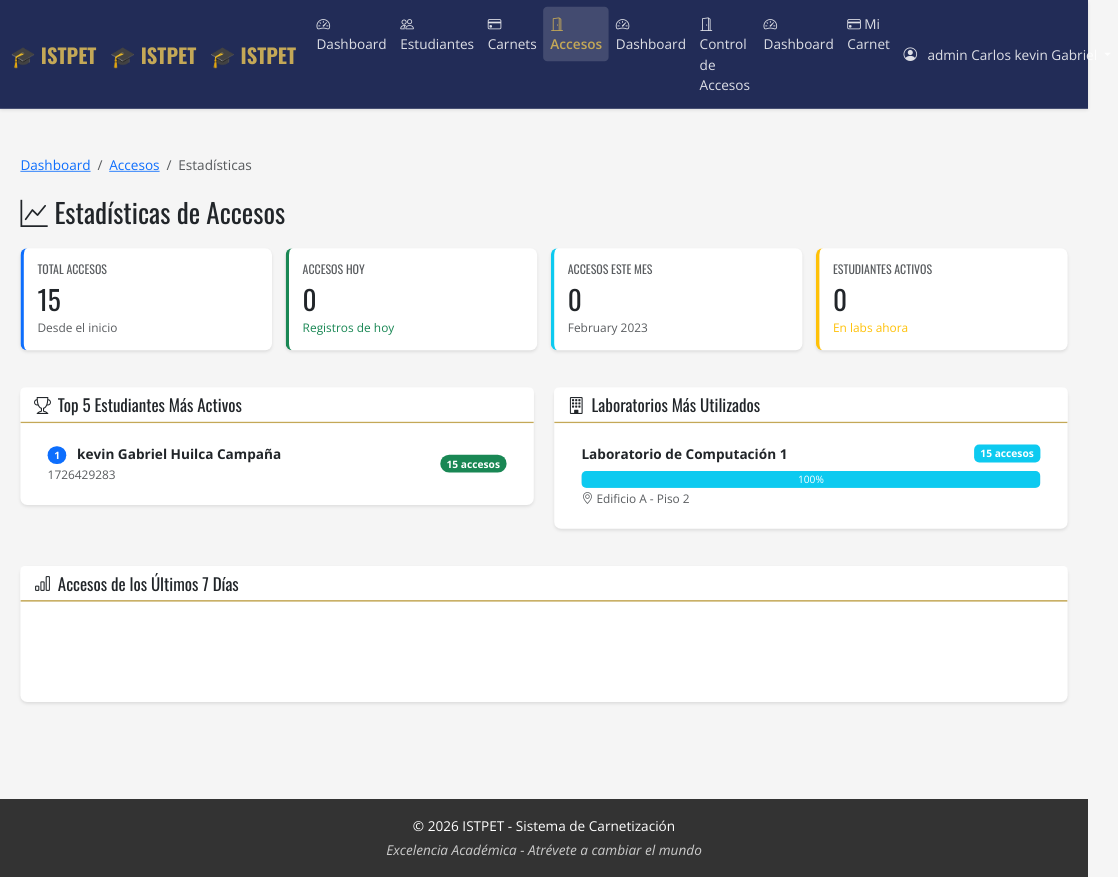
Repository: Inforney/sistema-carnetizacion-istpet
Page: http://localhost/admin/accesos/estadisticas
The author's editor kept a copy of each file at every save. The page is drawn from the files as they stood at one save, then again after the next save.
The browser window is 1280 px wide. The page is 1315 px wide, so the pictures cover 1315 px, including what lies to the right of the window. The pictures show the whole page, at 85% of full size.
The page is served by the project's Laravel application, run on PHP 8.4 with Laravel 10. The first stored user is signed in. The database holds what the project's SQL file puts in it.

Above is the page before, as saved 2026-01-15 20:49:18.
Console error: SyntaxError: Unexpected token '}'

After the next save:
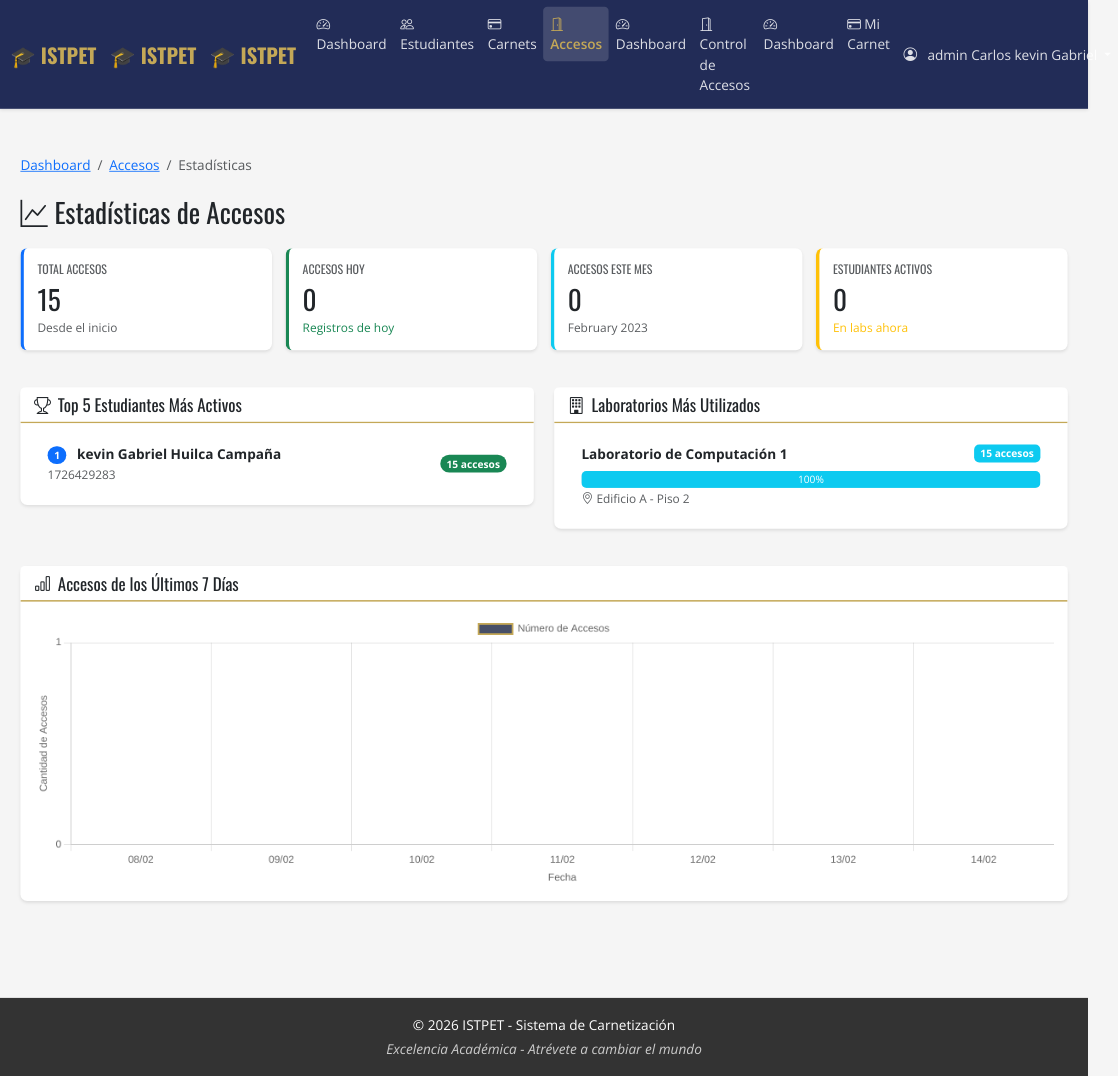
The error is gone.
Saved 119 s later.
--- a/resources/views/admin/accesos/estadisticas.blade.php
+++ b/resources/views/admin/accesos/estadisticas.blade.php
@@ -222,16 +222,5 @@
     } else {
         console.error('No se encontró el elemento canvas con id "chartAccesos"');
     }
-    },
-    scales: {
-    y: {
-        beginAtZero: true,
-        ticks: {
-            stepSize: 1
-        }
-    }
-    }
-    }
-    });
 </script>
 @endsection
